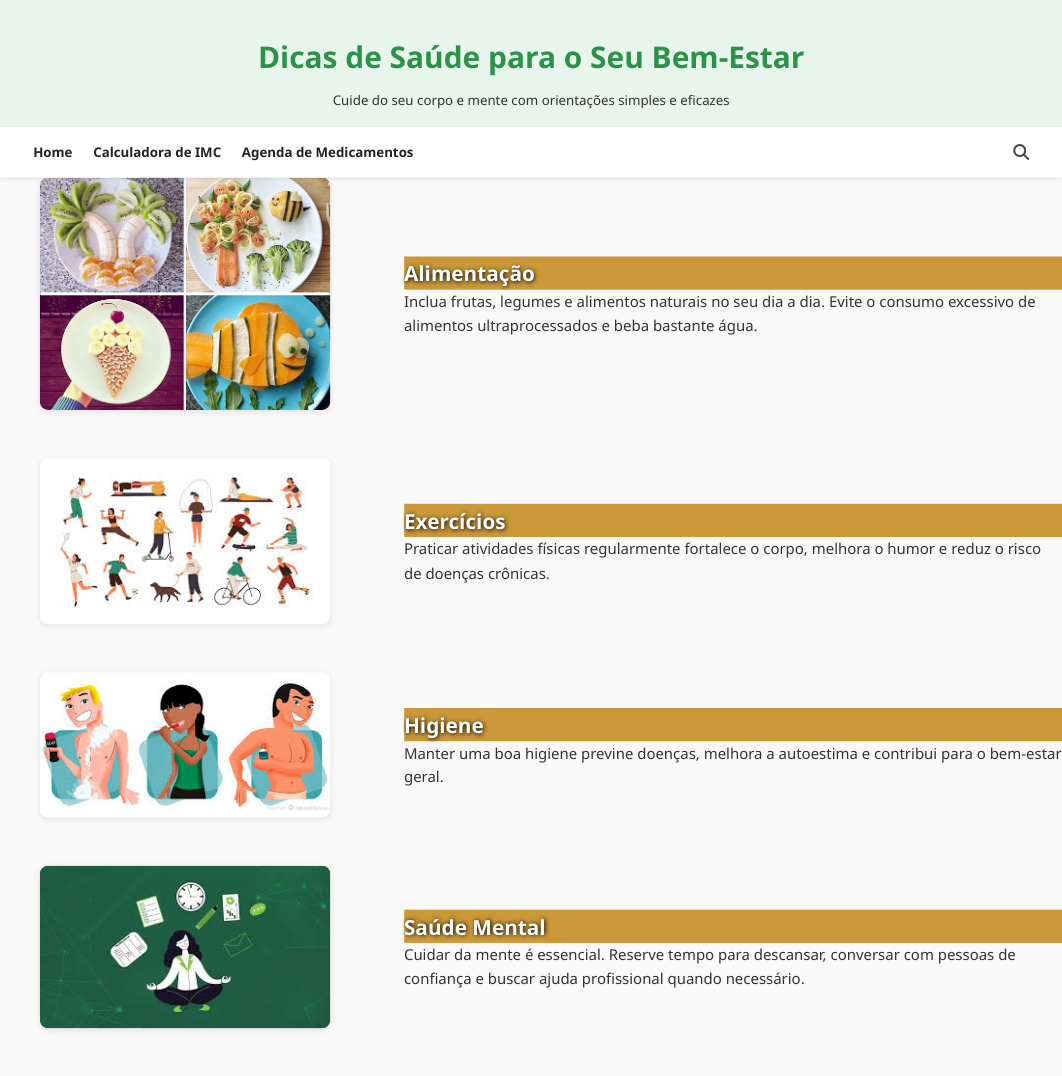
Repository: Cristiane-Sartori14/dicasSaude
Page: index.html
An editor plug-in stored every save of this project. The page is shown before and after the next save, followed by the edit.
The browser window is 1280 px wide. The pictures show the whole page, at 83% of full size.

Above is the page before, as saved 2025-05-18 22:48:26.

### index.html
<!DOCTYPE html>
<html lang="en">
  <head>
    <meta charset="UTF-8" />
    <meta name="viewport" content="width=device-width, initial-scale=1.0" />
    <title>Dicas de Saúde</title>
    <link rel="stylesheet" href="style.css" />

    <link
      rel="stylesheet"
      href="https://cdnjs.cloudflare.com/ajax/libs/font-awesome/6.5.0/css/all.min.css"
    />
  </head>
  <body>
    <!-- Título principal da página -->
    <section class="main-title">
      <h1>Dicas de Saúde para o Seu Bem-Estar</h1>
      <p>Cuide do seu corpo e mente com orientações simples e eficazes</p>
    </section>

    <!--Cabeçalho-->
    <header class="header">
      <div class="nav-container">
        <nav>
          <ul class="nav-links">
            <li><a href="#">Home</a></li>
            <li><a href="#">Calculadora de IMC</a></li>
            <li><a href="#">Agenda de Medicamentos</a></li>
          </ul>
        </nav>
        <div class="header-icons">
          <div class="icon search-icon">
            <i class="fa-solid fa-magnifying-glass"></i>
          </div>
        </div>
      </div>
    </header>

      <!-- Alimentação -->
      <section class="section-saude">
        <div class="imagem">
          <img src="img/alimento.jpg" alt="Alimentação Saudável" />
        </div>
        <div class="texto">
          <h2>Alimentação</h2>
          <p>
            Inclua frutas, legumes e alimentos naturais no seu dia a dia. Evite
            o consumo excessivo de alimentos ultraprocessados e beba bastante
            água.
          </p>
        </div>
      </section>

      <!-- Exercícios -->
      <section class="section-saude">
        <div class="imagem">
          <img src="img/exercicio.jpg" alt="Exercício Físico" />
        </div>
        <div class="texto">
          <h2>Exercícios</h2>
          <p>
            Praticar atividades físicas regularmente fortalece o corpo, melhora
            o humor e reduz o risco de doenças crônicas.
          </p>
        </div>
      </section>

      <!-- Higiene -->
      <section class="section-saude">
        <div class="imagem">
          <img src="img/higiene.jpg" alt="Higiene Pessoal" />
        </div>
        <div class="texto">
          <h2>Higiene</h2>
          <p>
            Manter uma boa higiene previne doenças, melhora a autoestima e
            contribui para o bem-estar geral.
          </p>
        </div>
      </section>

      <!-- Saúde Mental -->
      <section class="section-saude">
        <div class="imagem">
          <img src="img/saude-mental.jpg" alt="Saúde Mental" />
        </div>
        <div class="texto">
          <h2>Saúde Mental</h2>
          <p>
            Cuidar da mente é essencial. Reserve tempo para descansar, conversar
            com pessoas de confiança e buscar ajuda profissional quando
            necessário.
          </p>
        </div>
      </section>
    </main>
  </body>
</html>

### style.css
* {
  box-sizing: border-box;
  margin: 0;
  padding: 0;
}

body {
  font-family: "Segoe UI", Tahoma, Verdana, sans-serif;
  background-color: #f9f9f9;
  color: #333;
  line-height: 1.6;
}

/*Título*/
.main-title {
  text-align: center;
  padding: 40px 20px 20px;
  background-color: #e7f5ec;


}

.main-title h1 {
  font-size: 36px;
  color: #2b9348;
  margin-bottom: 10px;
}

.texto h2 {
  font-size: 18px;
  color: #e01111;
}

/* Cabeçalho */
.header {
  background-color: #ffffff;
  box-shadow: 0 2px 4px rgba(0, 0, 0, 0.1);
  padding: 15px 30px;
  position: sticky;
  top: 0;
  z-index: 10;
}

.nav-container {
  max-width: 1200px;
  margin: 0 auto;
  display: flex;
  justify-content: space-between;
  align-items: center;
}

.nav-links {
  list-style: none;
  display: flex;
  gap: 25px;
}

.nav-links a {
  text-decoration: none;
  color: #222;
  font-weight: 600;
  transition: color 0.3s ease;
}

.nav-links a:hover,
.header-icons i:hover {
  color: #2b9348;
}

.header-icons {
  display: flex;
  align-items: center;
  gap: 15px;
}

.icon {
  font-size: 1.2rem;
  background: none;
  border: none;
  cursor: pointer;
  color: #444;
}

/* Conteúdo principal */
.health-container {
    max-width: 1200px;
    margin: 0 auto;
    padding: 40px 20px;
}

.section-saude {
  display: flex;
  align-items: center;
  justify-content: space-between;
  gap: 40px;
  margin-bottom: 50px;
  flex-wrap: wrap;
}

.imagem img {
  width: 100%;
  max-width: 350px;
  border-radius: 10px;
  box-shadow: 0 2px 8px rgba(0, 0, 0, 0.1);
}

.imagem {
  flex: 1 1 300px;
  text-align: center;
}

.texto {
  flex: 2 1 500px;
}

.texto h2 {
    font-size: 25px;
    color: #fff;
    background-color: rgb(202, 151, 57);
    text-shadow: 1px 1px 5px rgba(0, 0, 0);
}

.texto p {
  font-size: 18px;
  color: #333;
  line-height: 1.6;
}

.health-details {
  flex: 2 1 500px;
}

.health-title {
  color: #2b9348;
  font-size: 32px;
  margin-bottom: 20px;
}

.tip {
  margin-bottom: 20px;
}

.tip h3 {
  font-size: 20px;
  color: #1a5d1a;
}

.tip p {
  margin-top: 5px;
}

/* Responsivo */
@media (max-width: 768px) {
  .health-container {
    flex-direction: column;
    align-items: center;
  }

  .nav-links {
    flex-direction: column;
    align-items: center;
    gap: 10px;
  }

  .nav-container {
    flex-direction: column;
    gap: 10px;
  }
}

After the next save:
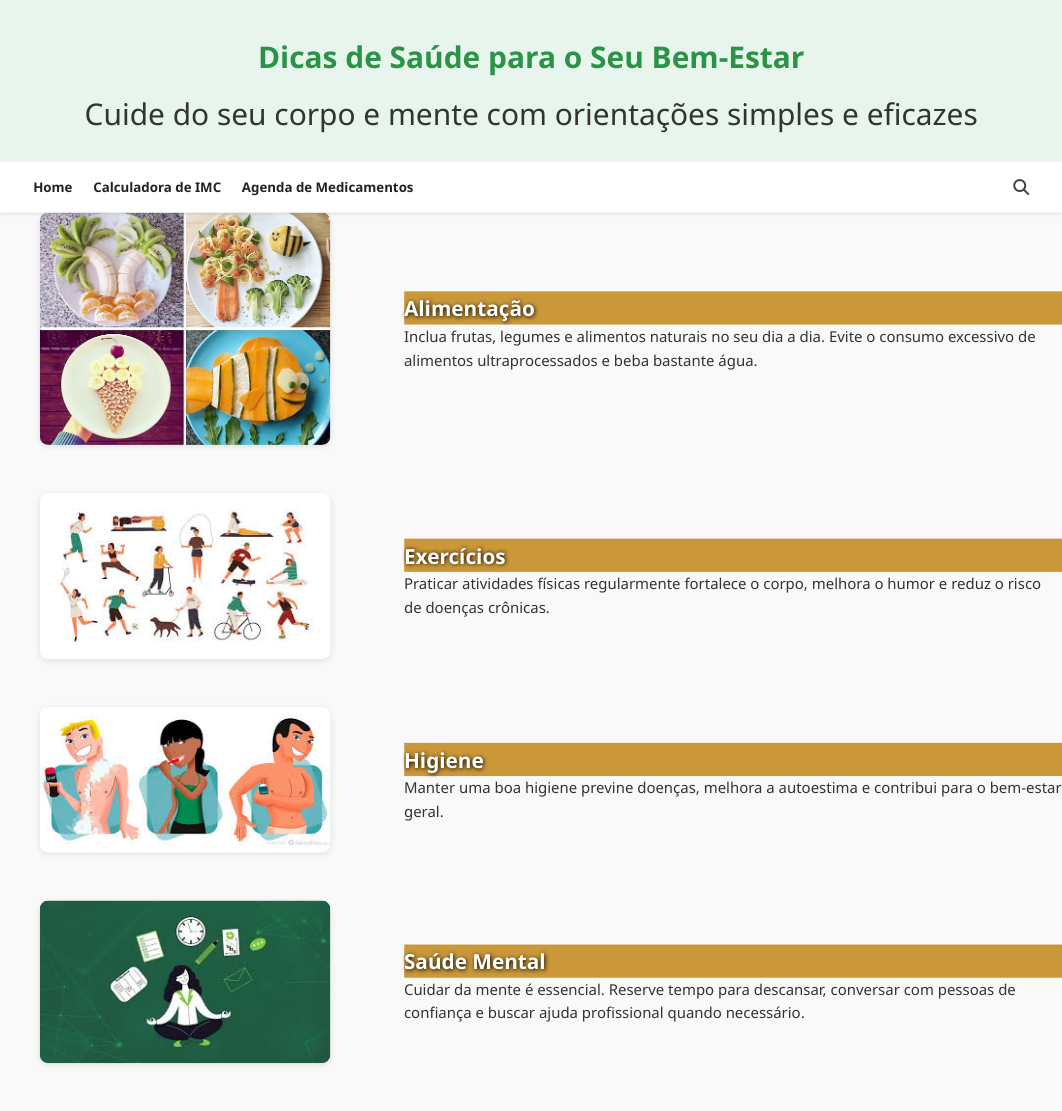
Saved 72 s later.
--- a/style.css
+++ b/style.css
@@ -23,6 +23,11 @@ body {
 .main-title h1 {
   font-size: 36px;
   color: #2b9348;
+  margin-bottom: 10px;
+}
+
+.main-title p {
+  font-size: 36px;
   margin-bottom: 10px;
 }
 

After the save that followed:
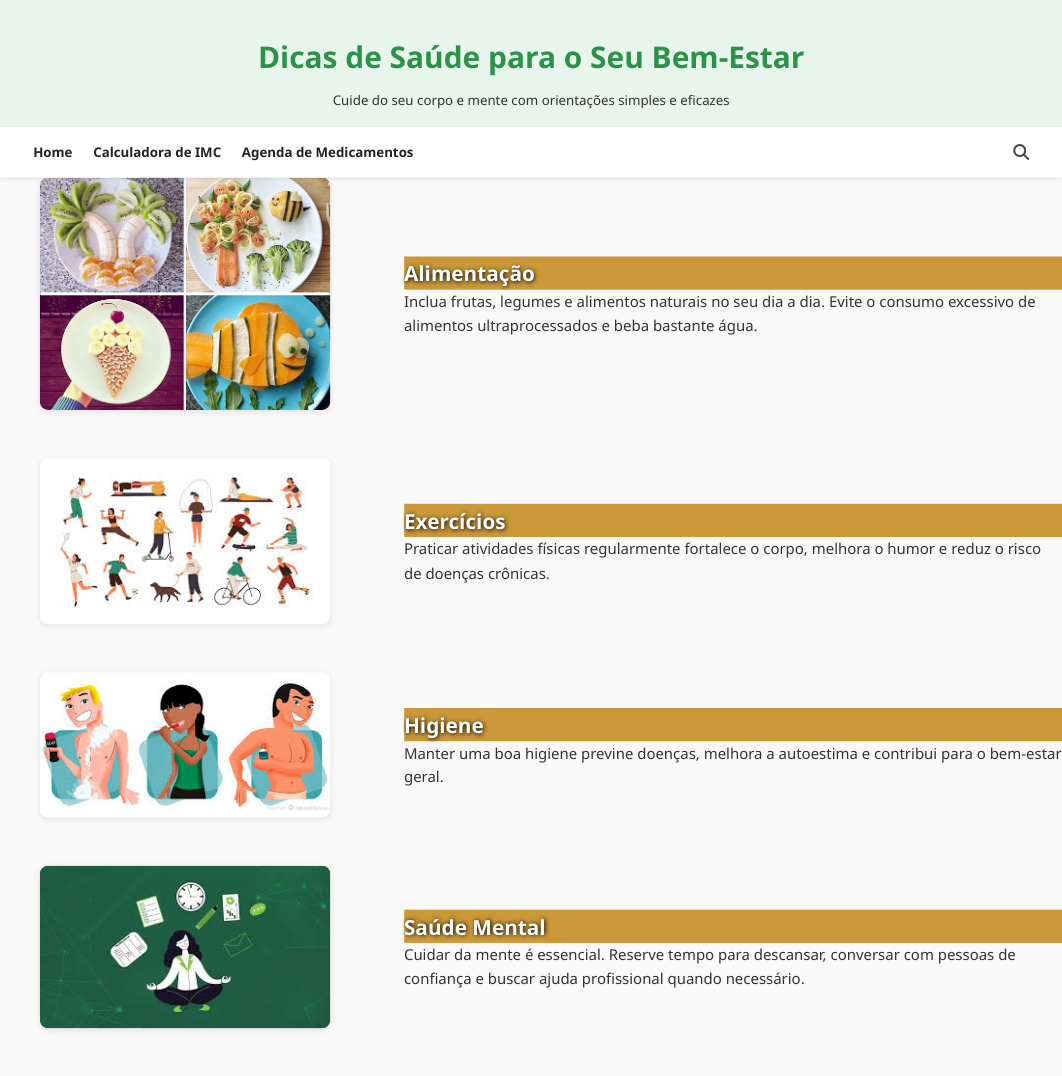
Saved 14 s later.
--- a/style.css
+++ b/style.css
@@ -27,8 +27,7 @@ body {
 }
 
 .main-title p {
-  font-size: 36px;
-  margin-bottom: 10px;
+  color: var(--text-color);
 }
 
 .texto h2 {
